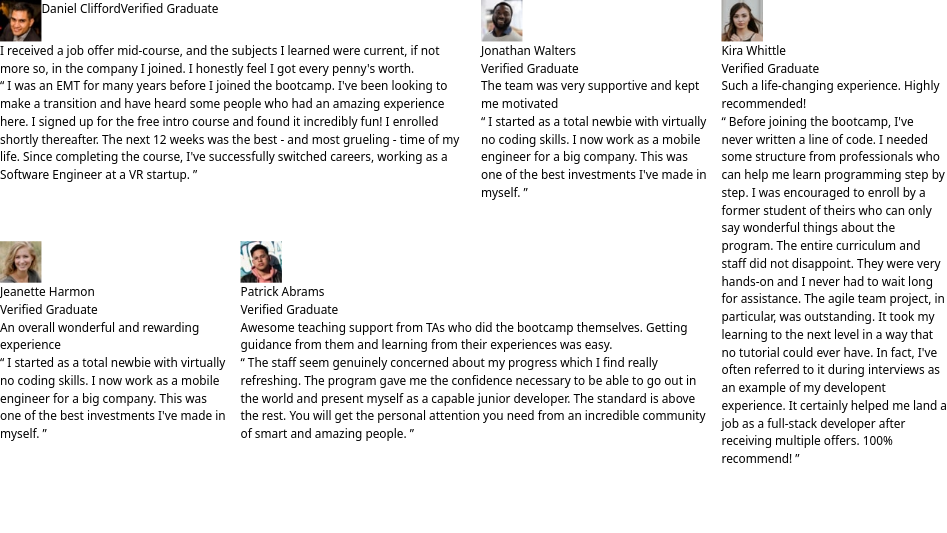
Repository: DiyBookOfLife/ps-FrontendMentor
Page: index.html
These files come from the project's save history. The page is drawn as it stood at one moment and after the next save; the edit follows.
The browser window is 1280 px wide. The pictures show the whole page, at 74% of full size.
Some web libraries are served in a nearby version.

Above is the page before, as saved 2026-01-02 13:21:55.

After the next save:
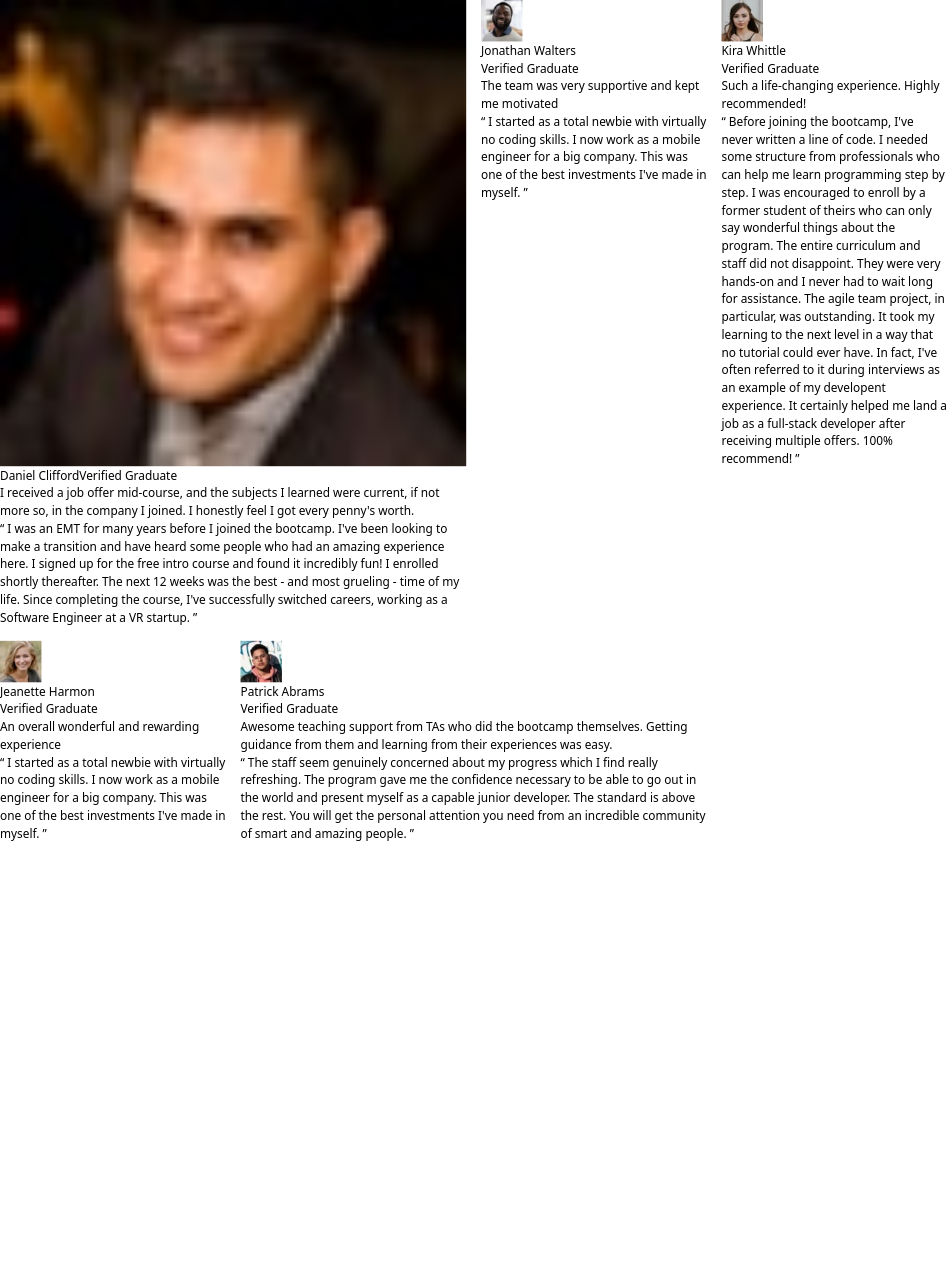
Saved 42 s later.
--- a/index.html
+++ b/index.html
@@ -22,7 +22,7 @@
   <main>
     <section class="grid grid-cols-4 grid-rows-2 gap-[20px]">
       <div class="col-start-1 col-end-3">
-        <div class="flex">
+        <div class="flex flex-col">
           <img src="./images/image-daniel.jpg" alt="picture of daniel">
           <div class="flex">
             <div>Daniel Clifford</div>
